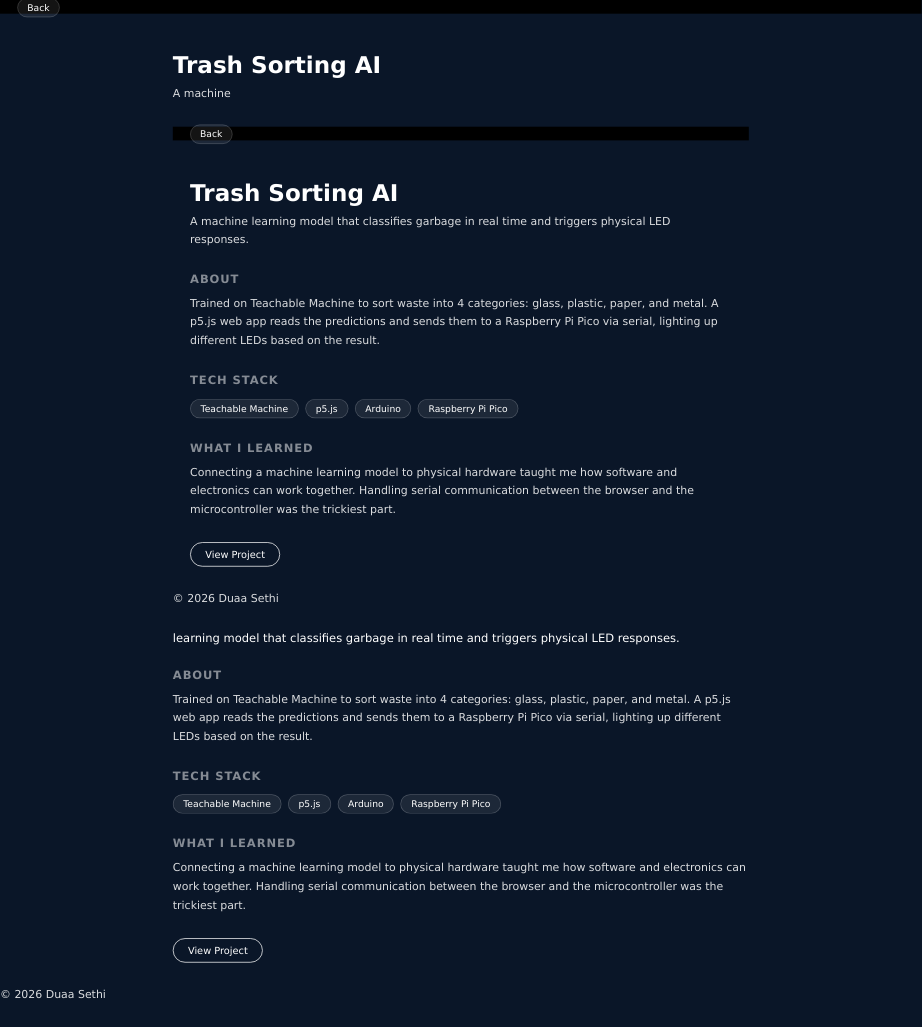
Repository: Duaa-Sethi/Duaa-Sethi
Page: pages/trash-sorting.html
An editor plug-in stored every save of this project. The page is shown before and after the next save, followed by the edit.
The browser window is 1280 px wide. The pictures show the whole page, at 72% of full size.
Some web fonts or font styles are not loaded; a fallback is used.

Above is the page before, as saved 2026-05-08 17:28:17.

### pages/trash-sorting.html
<!doctype html>
<html lang="en">
  <head>
    <meta charset="UTF-8" />
    <meta name="viewport" content="width=device-width, initial-scale=1.0" />
    <title>Trash Sorting AI | Duaa Sethi</title>
    <link rel="stylesheet" href="../styles/globals.css" />
    <link rel="stylesheet" href="../styles/project.css" />
  </head>
  <body>
    <nav>
      <ul>
        <li><a href="../index.html" class="tag">Back</a></li>
      </ul>
    </nav>

    <main>
      <h1>Trash Sorting AI</h1>
      <p>
        A machine <!doctype html>
        <html lang="en">
          <head>
            <meta charset="UTF-8" />
            <meta
              name="viewport"
              content="width=device-width, initial-scale=1.0"
            />
            <title>Trash Sorting AI | Duaa Sethi</title>
            <link rel="stylesheet" href="../styles/globals.css" />
            <link rel="stylesheet" href="../styles/project.css" />
          </head>
          <body>
            <nav>
              <ul>
                <li><a href="../index.html" class="tag">Back</a></li>
              </ul>
            </nav>

            <main>
              <h1>Trash Sorting AI</h1>
              <p>
                A machine learning model that classifies garbage in real time
                and triggers physical LED responses.
              </p>

              <h2>About</h2>
              <p>
                Trained on Teachable Machine to sort waste into 4 categories:
                glass, plastic, paper, and metal. A p5.js web app reads the
                predictions and sends them to a Raspberry Pi Pico via serial,
                lighting up different LEDs based on the result.
              </p>

              <h2>Tech Stack</h2>
              <ul class="tags">
                <li>Teachable Machine</li>
                <li>p5.js</li>
                <li>Arduino</li>
                <li>Raspberry Pi Pico</li>
              </ul>

              <h2>What I Learned</h2>
              <p>
                Connecting a machine learning model to physical hardware taught
                me how software and electronics can work together. Handling
                serial communication between the browser and the microcontroller
                was the trickiest part.
              </p>

              <a
                href="https://editor.p5js.org/duairfansethi/full/mdRLpCkG2"
                target="blank"
                class="btn"
                >View Project</a
              >
            </main>

            <footer>
              <p>© 2026 Duaa Sethi</p>
            </footer>
          </body>
        </html>
        learning model that classifies garbage in real time and triggers
        physical LED responses.
      </p>

      <h2>About</h2>
      <p>
        Trained on Teachable Machine to sort waste into 4 categories: glass,
        plastic, paper, and metal. A p5.js web app reads the predictions and
        sends them to a Raspberry Pi Pico via serial, lighting up different LEDs
        based on the result.
      </p>

      <h2>Tech Stack</h2>
      <ul class="tags">
        <li>Teachable Machine</li>
        <li>p5.js</li>
        <li>Arduino</li>
        <li>Raspberry Pi Pico</li>
      </ul>

      <h2>What I Learned</h2>
      <p>
        Connecting a machine learning model to physical hardware taught me how
        software and electronics can work together. Handling serial
        communication between the browser and the microcontroller was the
        trickiest part.
      </p>

      <a
        href="https://editor.p5js.org/duairfansethi/full/mdRLpCkG2"
        target="blank"
        class="btn"
        >View Project</a
      >
    </main>

    <footer>
      <p>© 2026 Duaa Sethi</p>
    </footer>
  </body>
</html>

### styles/globals.css
/* FONT DEFS */
@font-face {
  font-family: "main font";
  src: url(../assets/fonts/NewsCycle-Regular.ttf);
}

/* CROSS PAGE STYLES */
body {
  font-family: "main font", Verdana, sans-serif;
  color: white;
  margin: 0;
}

h1 {
  font-weight: bold;
  font-size: 1.5rem; /* too small for desktop*/
}

a {
  text-decoration: none;
  color: white;
}
h2,
h3 {
  margin: 0;
}
a:hover {
  text-decoration: underline;
}
ul {
  list-style: none;
  padding: 0;
  margin: 0;
}

### styles/project.css
body {
  background-color: #0a1628;
}
nav {
  background-color: black;
  padding: 0 1.5rem;
}
nav ul {
  display: flex;
}
.tag {
  background-color: rgba(255, 255, 255, 0.08);
  border: 1px solid rgba(255, 255, 255, 0.2);
  border-radius: 20px;
  padding: 0.3rem 0.8rem;
  font-size: 0.8rem;
}
.tag:hover {
  background-color: rgba(255, 255, 255, 0.15);
  text-decoration: none;
}
main {
  max-width: 800px;
  margin: auto;
  padding: 2rem 1.5rem;
}

h1 {
  font-size: 2rem;
  margin-bottom: 0.5rem;
}
h2 {
  font-size: 1rem;
  opacity: 0.5;
  text-transform: uppercase;
  letter-spacing: 0.08em;
  margin-bottom: 0.75rem;
}
p {
  font-size: 0.95rem;
  line-height: 1.7;
  opacity: 0.85;
  margin: 0 0 2rem 0;
}
.tags li {
  display: inline-block;
  background-color: rgba(255, 255, 255, 0.08);
  border: 1px solid rgba(255, 255, 255, 0.2);
  border-radius: 20px;
  padding: 0.3rem 0.85rem;
  font-size: 0.8rem;
  margin: 0.25rem 0.25rem 2rem 0;
}
.btn {
  display: inline-block;
  border: 1px solid white;
  padding: 0.5rem 1.25rem;
  border-radius: 20px;
  font-size: 0.85rem;
}

.btn:hover {
  background-color: white;
  color: #0a1628;
  text-decoration: none;
}

After the next save:
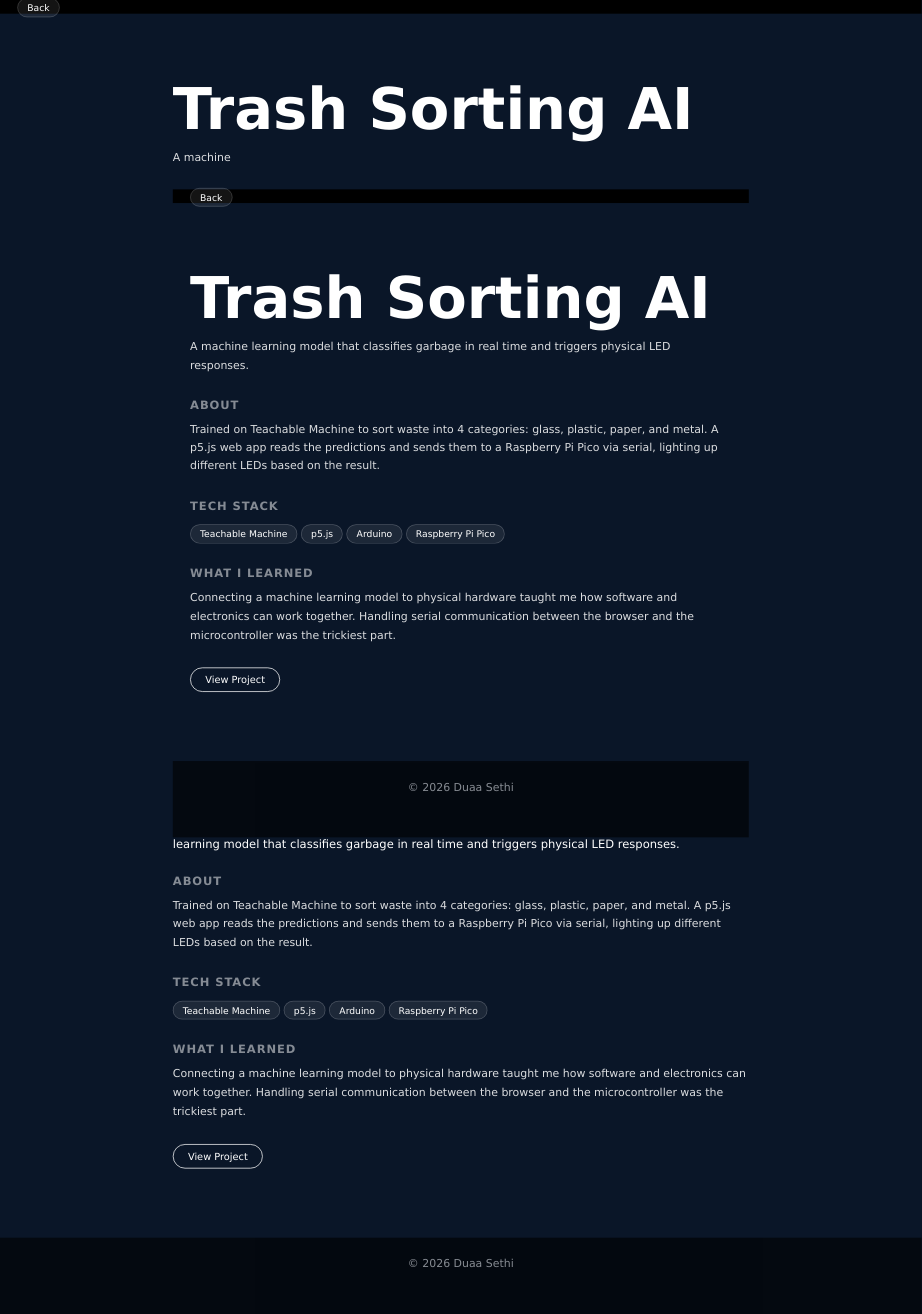
Saved 108 s later.
--- a/styles/project.css
+++ b/styles/project.css
@@ -47,9 +47,9 @@ p {
   background-color: rgba(255, 255, 255, 0.08);
   border: 1px solid rgba(255, 255, 255, 0.2);
   border-radius: 20px;
-  padding: 0.3rem 0.85rem;
+  padding: 0.3rem 0.8rem;
   font-size: 0.8rem;
-  margin: 0.25rem 0.25rem 2rem 0;
+  margin: 0.25rem 0rem 2rem 0;
 }
 .btn {
   display: inline-block;
@@ -64,3 +64,23 @@ p {
   color: #0a1628;
   text-decoration: none;
 }
+footer {
+  text-align: center;
+  padding: 1.5rem;
+  background-color: black;
+  font-size: 0.85rem;
+  opacity: 0.6;
+  margin-top: 4rem;
+}
+
+@media (min-width: 600px) {
+  h1 {
+    font-size: 3.5rem;
+  }
+}
+
+@media (min-width: 992px) {
+  h1 {
+    font-size: 5rem;
+  }
+}
